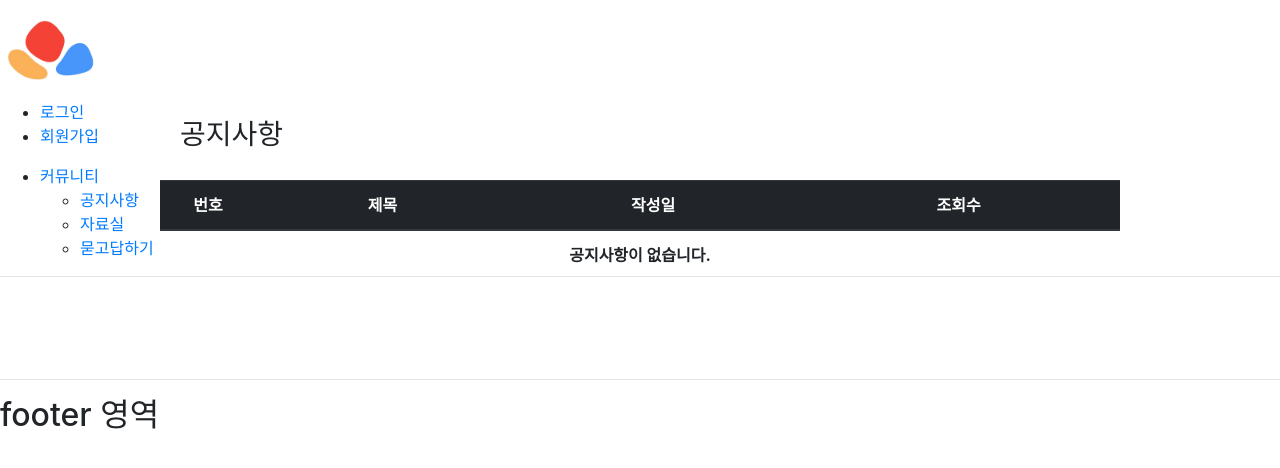
Repository: rnjsmj/pro01
Page: http://localhost/pro01/notice/noticeList.jsp
These files come from the project's save history. The page is drawn as it stood at one moment and after the next save; the edit follows.
The browser window is 1280 px wide. The pictures show the whole page.
The page is served by Tomcat 9. Nobody is signed in. The application's start-up code is not run. Other server files are loaded and not shown. The template is opened directly, without the code that normally fills it, so the values that code supplies are empty.

Above is the page before, as saved 2024-04-14 13:01:33.

### pro01/WebContent/notice/noticeList.jsp
<%@ page language="java" contentType="text/html; charset=UTF-8"
    pageEncoding="UTF-8"%>
<%@ taglib prefix="c" uri="http://java.sun.com/jsp/jstl/core" %>
<%@ taglib prefix="fmt" uri="http://java.sun.com/jsp/jstl/fmt" %>
<c:set var="path0" value="<%=request.getContextPath() %>" />
<!DOCTYPE html>
<html>
<head>
<meta charset="UTF-8">
<title>갈현동 - 공지사항</title>
<%@ include file="/head.jsp" %>
<style>
	.page {text-align:center; justify-content:center; }
	.page_title {text-align:left; width:960px; margin:auto;  padding-top:1em; padding-bottom:1em; padding-left:20px;}
	.div-table { text-align:center; justify-content:center;  margin-bottom: 100px; }
	.div-page {text-align:center; justify-content:center; margin: 0 auto;}
	.table {text-align:center; width:960px; margin: auto; min-width:724px;}
	.buttons { text-align:right; width:960px; margin : auto;}
	.div-button {text-align:center;}
	.buttons a { margin-right:30px;}
	.th-no {width:10%;}
	.th-resdate{width:30%;}
	.td-title {text-align:left;}
	.a-title { color:black;}
	.a-title:hover { font-weight:600; text-decoration:none;}

</style>
</head>
<body>
<div id="header">
	<%@ include file="/header.jsp" %>
</div>
<div id="contents" class="contents" >
	<section class="page" id="page1">
		<div class="div-page">
			<h3 class="page_title">공지사항</h3>
			<div class="div-table">
				<table class="table">
					<thead class="thead-dark">
						<tr>
							<th class="th-no">번호</th>
							<th class="th-title">제목</th>
							<th class="th-resdate">작성일</th>
							<th class="th-visited">조회수</th>
						</tr>
					</thead>
					<tbody>
						<c:if test="${not empty noticeList }">
							<c:forEach var="dto" items="${noticeList }">
								<tr>
									<td>${dto.no }</td>
									<td class="td-title"><a href="${path0 }/GetNotice.do?no=${dto.no}" class="a-title">${dto.title }</a></td>
									<td>${dto.resdate }</td>

									<td>${dto.visited }</td>
								</tr>
							</c:forEach>
						</c:if>
						<c:if test="${empty noticeList }">
							<tr>
								<td colspan="4"><strong>공지사항이 없습니다.</strong></td>
							</tr>
						</c:if>
					</tbody>
				</table>
				<div class="div-button">
				<c:if test="${sid.equals('admin') }">

			<div class="buttons">
				  <a href="${path0 }/notice/notice_ins.jsp" class="btn btn-secondary">글 등록</a>
			</div>

			</c:if>
			</div>
			</div>

		</div>
	</section>
</div>
<div id="footer">
	<%@ include file="/footer.jsp" %>
</div>
</body>
</html>

### pro01/WebContent/head.jsp
<%@ page language="java" contentType="text/html; charset=UTF-8"
    pageEncoding="UTF-8"%>
<%@ taglib prefix="c" uri="http://java.sun.com/jsp/jstl/core" %>
<%@ taglib prefix="fmt" uri="http://java.sun.com/jsp/jstl/fmt" %>
<c:set var="ipath" value="<%= request.getContextPath() %>" />
<script src="${ipath }/js/jquery-3.2.1.min.js"></script>
<link rel="stylesheet" href="${ipath }/css/bootstrap.min.css" />
<link rel="stylesheet" href="https://cdnjs.cloudflare.com/ajax/libs/font-awesome/5.7.0/css/all.min.css" />
<script src="${ipath }/js/bootstrap.min.js"></script>
<meta name="viewport" content="width=device-width, initial-scale=1.0">
<meta name="subject" content="갈현동 소개 (Galhyeon-dong Intro)" />
<meta name="description" content="갈현동, 로데오거리, 맛집, 교통" />
<meta name="keywords" content="갈현동, 갈현1동, 갈현2동, 거리, 맛집, 교통편, 연신내역, 연신내, 구산역, 구산동, 구파발, 로데오거리, 연신내로데오거리, 메트로타워, 주점" />
<link rel="icon" href="${ipath }/images/favicon.png" />
<link rel="shortcut icon" href="${ipath}/images/favicon3.png" />
<meta property="og:type" content="website" />
<meta property="og:title" content="갈현동" />
<meta property="og:description" content="갈현동, 로데오거리, 맛집, 교통" />
<meta property="og:image" content="${ipath }/images/site.png" />
<meta property="og:url" content="http://localhost:8091" />
<link rel="stylesheet" href="${ipath }/css/common.css" />

### pro01/WebContent/header.jsp
<%@ page language="java" contentType="text/html; charset=UTF-8"
    pageEncoding="UTF-8"%>
<%@ taglib prefix="c" uri="http://java.sun.com/jsp/jstl/core" %>
<%@ taglib prefix="fmt" uri="http://java.sun.com/jsp/jstl/fmt" %>
<c:set var="hpath" value="<%= request.getContextPath() %>" />
<header>
	<div class="logo_wrap" >
		<a href="/pro01"><img alt="갈현동" src="${hpath }/images/favicon3.png" width=100px> </a>
	</div>
	<nav id="tnb">
		<ul>
			<c:if test="${empty sid }">
			<li><a href="${hpath }/member/login.jsp">로그인</a></li>
			<li><a href="${hpath }/member/term.jsp">회원가입</a></li>
			</c:if>
			<c:if test="${not empty sid }">
			<li><strong>${sname } 님 환영합니다.</strong></li>
			<li><a href="${hpath }/Logout.do">로그아웃</a></li>
			<li><a href="${hpath }/MemberUpdate.do?id=${sid}">마이페이지</a></li>
			</c:if>
			<c:if test="${sid.equals('admin') }">
			<li><a href="${hpath }/admin">관리자 페이지</a></li>
			</c:if>
		</ul>
	</nav>
	<nav id="gnb">
		<ul class="main_menu">
			<li><a href="">커뮤니티</a>
				<ul>
					<li><a href="${hpath }/NoticeList.do">공지사항</a></li>
					<li><a href="">자료실</a></li>
					<li><a href="">묻고답하기</a></li>
				</ul>
			</li>
		</ul>
	</nav>
</header>
<hr>

### pro01/WebContent/footer.jsp
<%@ page language="java" contentType="text/html; charset=UTF-8"
    pageEncoding="UTF-8"%>
<hr>
<footer>
	<h2>footer 영역</h2>
</footer>

### pro01/WebContent/css/common.css
@charset "UTF-8";
#contents { }
#header {clear:both; height:90px;  min-width:1100px;}

Loaded but not shown: pro01/WebContent/js/jquery-3.2.1.min.js (library); pro01/WebContent/css/bootstrap.min.css (library); pro01/WebContent/js/bootstrap.min.js (library)

After the next save:
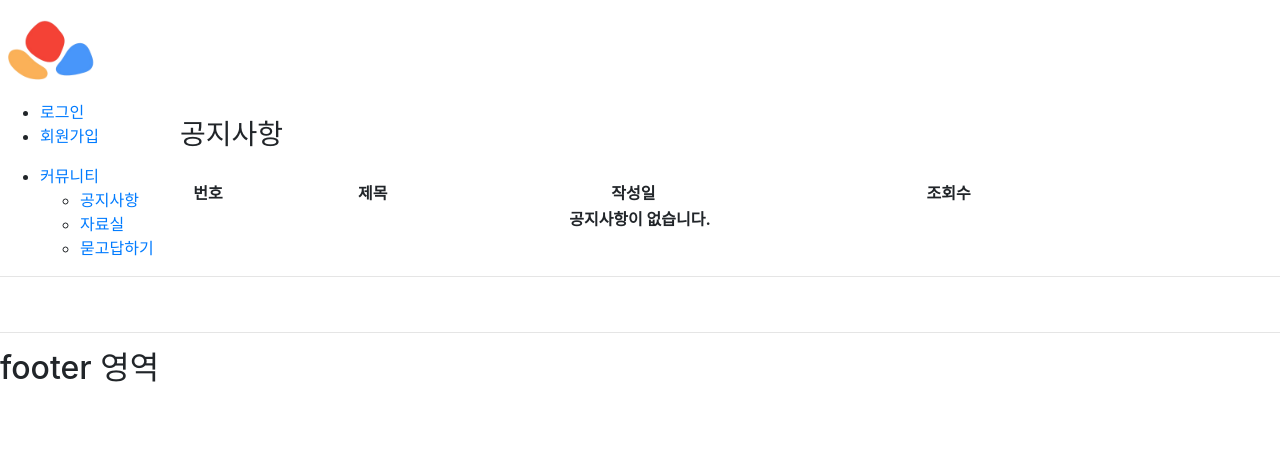
Saved 110 s later.
--- a/pro01/WebContent/notice/noticeList.jsp
+++ b/pro01/WebContent/notice/noticeList.jsp
@@ -14,7 +14,7 @@
 	.page_title {text-align:left; width:960px; margin:auto;  padding-top:1em; padding-bottom:1em; padding-left:20px;}
 	.div-table { text-align:center; justify-content:center;  margin-bottom: 100px; }
 	.div-page {text-align:center; justify-content:center; margin: 0 auto;}
-	.table {text-align:center; width:960px; margin: auto; min-width:724px;}
+	.table-data {text-align:center; width:960px; margin: auto; min-width:724px;}
 	.buttons { text-align:right; width:960px; margin : auto;}
 	.div-button {text-align:center;}
 	.buttons a { margin-right:30px;}
@@ -35,7 +35,7 @@
 		<div class="div-page">
 			<h3 class="page_title">공지사항</h3>
 			<div class="div-table">
-				<table class="table">
+				<table class="table-data">
 					<thead class="thead-dark">
 						<tr>
 							<th class="th-no">번호</th>

After the save that followed:
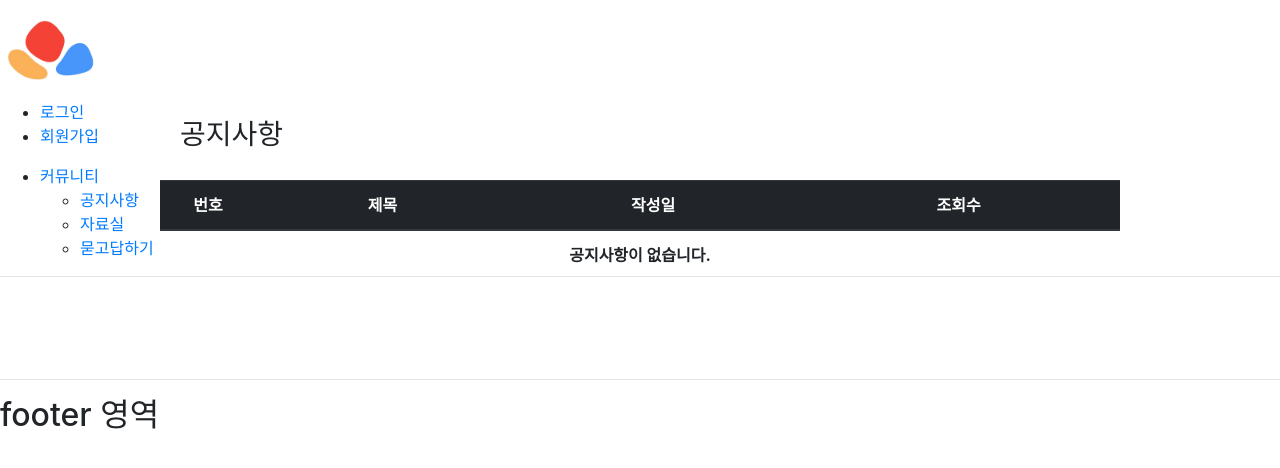
Saved 15 s later.
--- a/pro01/WebContent/notice/noticeList.jsp
+++ b/pro01/WebContent/notice/noticeList.jsp
@@ -14,7 +14,7 @@
 	.page_title {text-align:left; width:960px; margin:auto;  padding-top:1em; padding-bottom:1em; padding-left:20px;}
 	.div-table { text-align:center; justify-content:center;  margin-bottom: 100px; }
 	.div-page {text-align:center; justify-content:center; margin: 0 auto;}
-	.table-data {text-align:center; width:960px; margin: auto; min-width:724px;}
+	.table {text-align:center; width:960px; margin: auto; min-width:724px;}
 	.buttons { text-align:right; width:960px; margin : auto;}
 	.div-button {text-align:center;}
 	.buttons a { margin-right:30px;}
@@ -35,7 +35,7 @@
 		<div class="div-page">
 			<h3 class="page_title">공지사항</h3>
 			<div class="div-table">
-				<table class="table-data">
+				<table class="table">
 					<thead class="thead-dark">
 						<tr>
 							<th class="th-no">번호</th>
